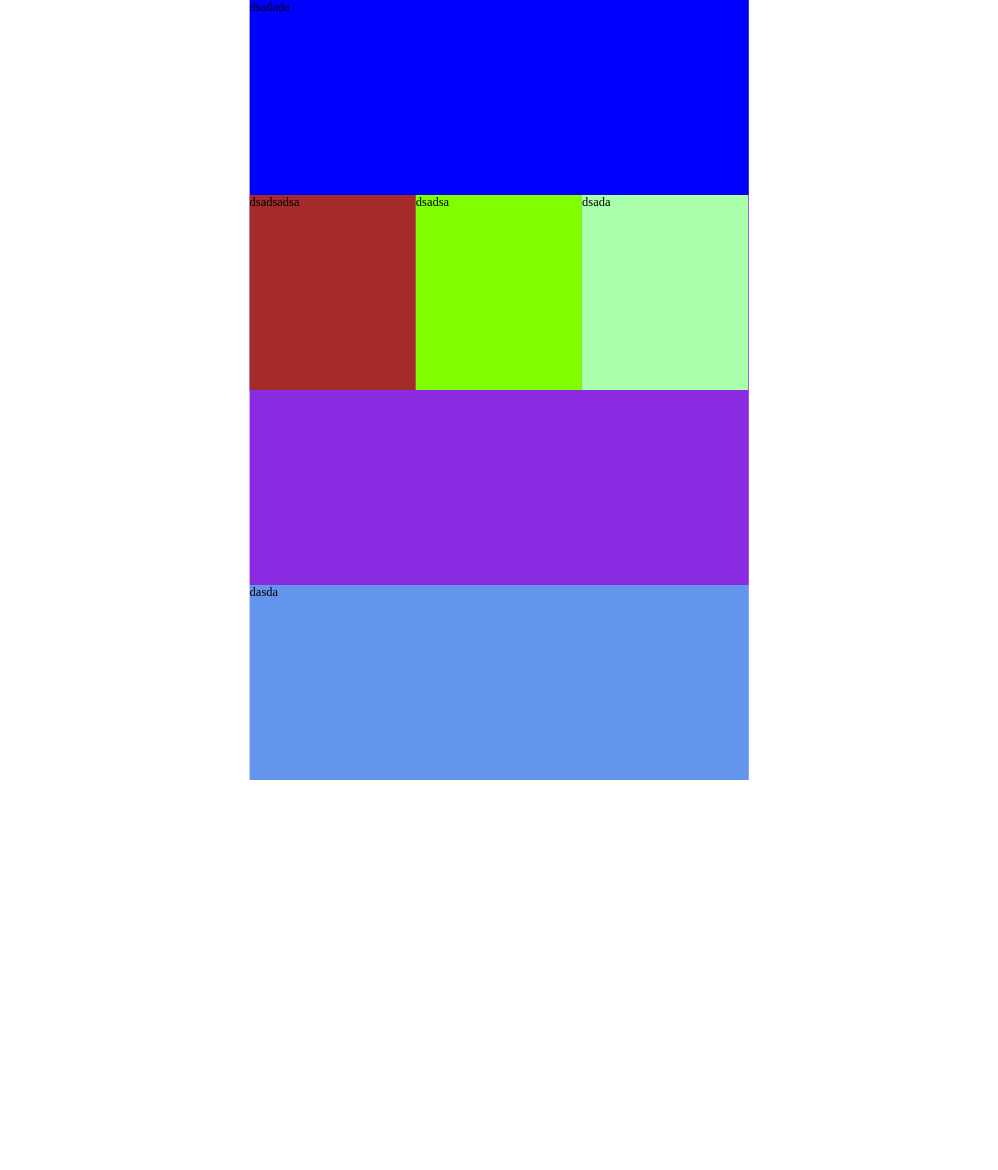
Repository: Gumiin/studia
Page: exercise 1/index.html
An editor plug-in stored every save of this project. The page is shown before and after the next save, followed by the edit.
The browser window is 1280 px wide. The pictures show the whole page, at 78% of full size.

Above is the page before, as saved 2021-03-10 18:29:12.

### exercise 1/index.html
<!DOCTYPE html>
<html lang="en">
<head>
    <meta charset="UTF-8">
    <meta http-equiv="X-UA-Compatible" content="IE=edge">
    <meta name="viewport" content="width=device-width, initial-scale=1.0">
    <link rel="stylesheet" href="style.css">
    <title>Document</title>
</head>
<body>
    <div id="all">
    <div id="baner">
        dsadada
    </div>
    <div id="middle_content">
        <div id="m_left">
            dsadsadsa
        </div>
        <div id="m_middle">
            dsadsa
        </div>
        <div id="m_right">
            dsada
        </div>
    </div>
    <div id="footer">
        dasda
    </div>
    </div>
</body>
</html>

### exercise 1/style.css
body{
    width: 100%;
    height: 1500px;
    border: 0px;
    margin:0px;
    padding:0px;
}
#all{
    margin-left: 25%;
    width: 50%;
    height: 1000px;
}
#baner{
    background-color: blue;
    width: 100%;
    height: 25%;
}
#middle_content{
    background-color: blueviolet;
    width: 100%;
    height: 50%;
}
#m_left{
    background-color: brown;
    width: 33.3%;
    float: left;
    height: 50%;
}
#m_middle{
    background-color: chartreuse;
    width: 33.3%;
    float: left;
    height: 50%;
}
#m_right{
    background-color: #aaffaa;
    position: relative;
    width: 33.3%;
    float: left;
    height: 50%;
}
#footer{
    background-color: cornflowerblue;
    width: 100%;
    height: 25%;
}

After the next save:
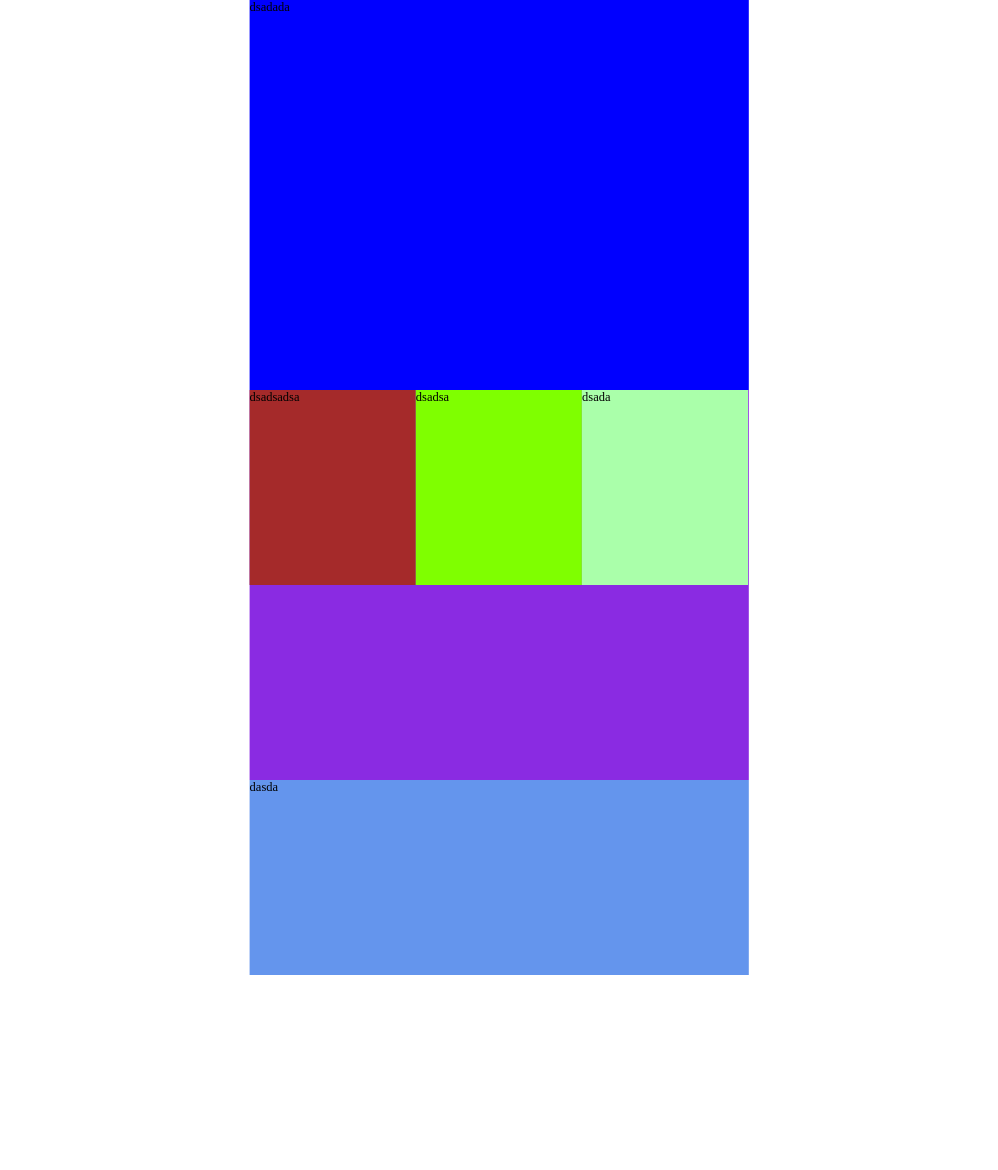
Saved 21 s later.
--- a/exercise 1/style.css
+++ b/exercise 1/style.css
@@ -13,7 +13,7 @@ body{
 #baner{
     background-color: blue;
     width: 100%;
-    height: 25%;
+    height: 50%;
 }
 #middle_content{
     background-color: blueviolet;
